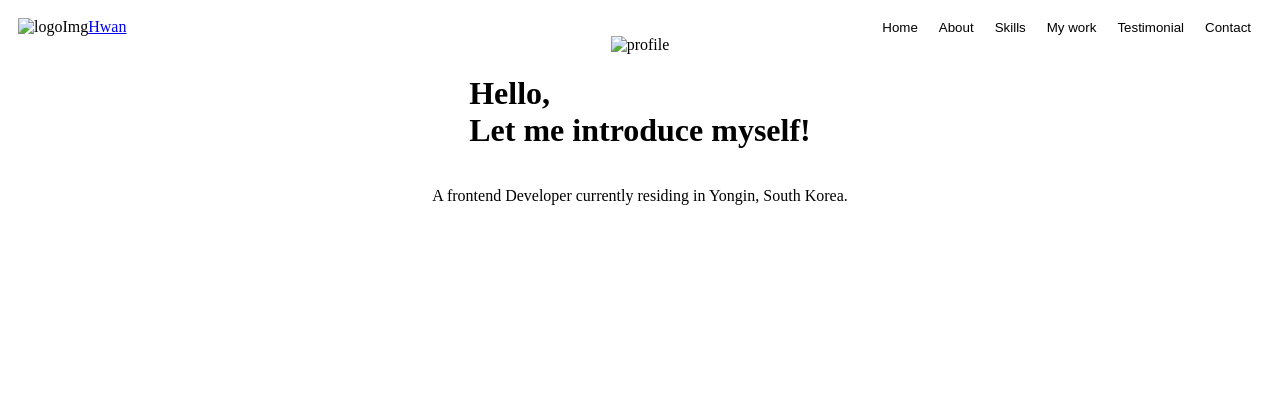
Repository: dhchun1203/Portfolio
Page: index.html
An editor plug-in stored every save of this project. The page is shown before and after the next save, followed by the edit.
The browser window is 1280 px wide. The pictures show the whole page.
Some web libraries are served in a nearby version.

Above is the page before, as saved 2020-12-02 15:51:59.

After the next save:
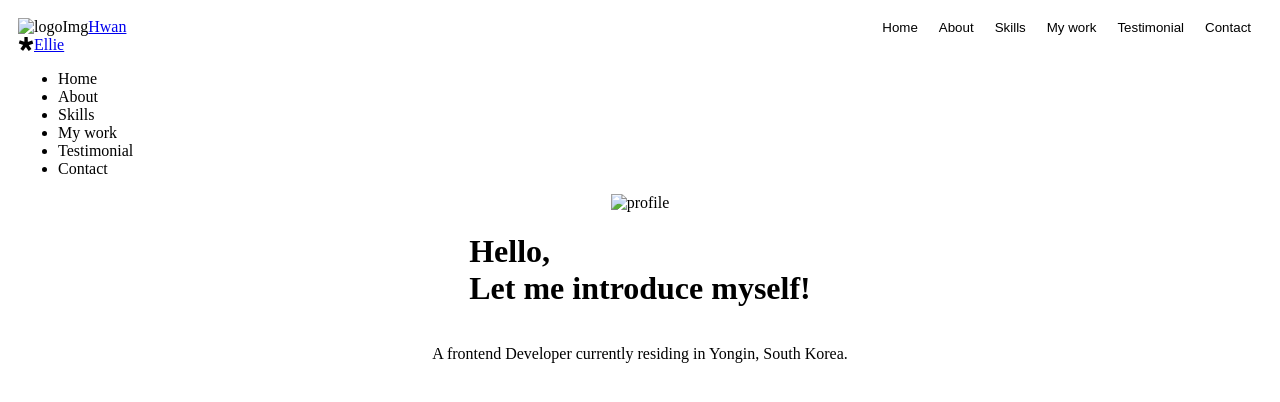
Saved 6 min 57 s later.
--- a/index.html
+++ b/index.html
@@ -23,30 +23,45 @@
 		<script src="main.js" defer></script>
 	</head>
 	<body>
-		<div class="main">
-			<nav class="navbar">
-				<div class="navbar__logo">
-					<img src="" alt="logoImg" /><a href="#">Hwan</a>
-				</div>
-				<div class="navbar__btn">
-					<button>Home</button>
-					<button>About</button>
-					<button>Skills</button>
-					<button>My work</button>
-					<button>Testimonial</button>
-					<button>Contact</button>
-				</div>
-			</nav>
-			<div class="content">
-				<div class="content__img"><img src="" alt="profile" /></div>
-				<div class="content__title">
-					<h1>Hello, <br />Let me introduce myself!</h1>
-				</div>
-				<div class="content__description">
-					<p>A frontend Developer currently residing in Yongin, South Korea.</p>
-				</div>
-				<div class="content__btn"></div>
+		<nav class="navbar">
+			<div class="navbar__logo">
+				<img src="" alt="logoImg" /><a href="#">Hwan</a>
 			</div>
+			<div class="navbar__btn">
+				<button>Home</button>
+				<button>About</button>
+				<button>Skills</button>
+				<button>My work</button>
+				<button>Testimonial</button>
+				<button>Contact</button>
+			</div>
+		</nav>
+		<nav id="navbar">
+			<div class="navbar__logo">
+				<i class="fab fa-diaspora"></i>
+				<a href="#">Ellie</a>
+			</div>
+			<div class="navbar__menu">
+				<ul class="navbar__menu">
+					<li class="navbar__menu__item">Home</li>
+					<li class="navbar__menu__item">About</li>
+					<li class="navbar__menu__item">Skills</li>
+					<li class="navbar__menu__item">My work</li>
+					<li class="navbar__menu__item">Testimonial</li>
+					<li class="navbar__menu__item">Contact</li>
+				</ul>
+			</div>
+		</nav>
+
+		<div class="content">
+			<div class="content__img"><img src="" alt="profile" /></div>
+			<div class="content__title">
+				<h1>Hello, <br />Let me introduce myself!</h1>
+			</div>
+			<div class="content__description">
+				<p>A frontend Developer currently residing in Yongin, South Korea.</p>
+			</div>
+			<div class="content__btn"></div>
 		</div>
 	</body>
 </html>
